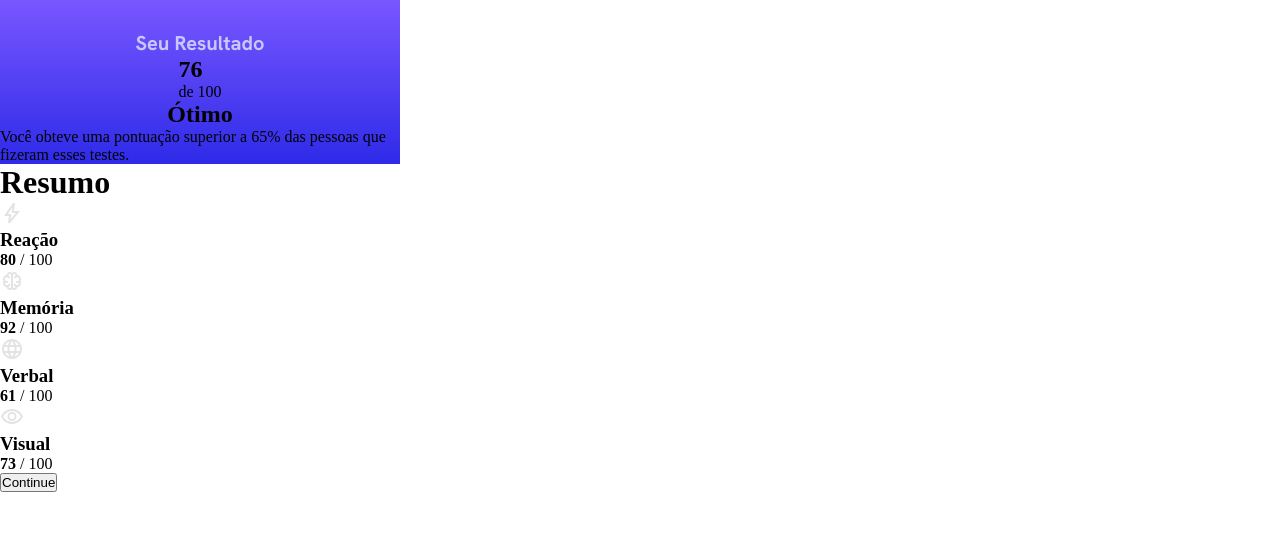
Repository: caique2512/resumo-de-resultados
Page: index.html
These files come from the project's save history. The page is drawn as it stood at one moment and after a run of saves; the edit follows.
The browser window is 1280 px wide. The pictures show the whole page.

Above is the page before, as saved 2026-03-05 23:08:51.

### index.html
<!DOCTYPE html>
<html lang="pt-br">
<head>
    <meta charset="UTF-8">
    <meta name="viewport" content="width=device-width, initial-scale=1.0">
    <title>Resumo de Resultados</title>
    <link rel="stylesheet" href="src/css/estilos.css">
    <link rel="stylesheet" href="src/css/reset.css">
</head>
<body>
    <main class="conteudo">
        <div class="principal">
            <h1 class="titulo">Seu Resultado</h1>
            <div class="circulo">
                <h2>76</h2>
                <p>de 100</p>
            </div>
            <h2>Ótimo</h2>
            <p class="subtitle">Você obteve uma pontuação superior a 65% das pessoas que fizeram esses testes.</p>
        </div>
        <div>
            <h1 class="titulo1">Resumo</h1>
            <div class="classes">
                <div class="resumo1">
                    <img src="./src/images/raio.svg" alt="Raio">
                    <h3>Reação</h3>
                    <p><strong>80</strong> / 100</p>
                </div>
                <div class="resumo2">
                    <img src="./src/images/memoria.svg" alt="Memória">
                    <h3>Memória</h3>
                    <p><strong>92</strong> / 100</p>
                </div>
                <div class="resumo3">
                    <img src="./src/images/mensagem.svg" alt="Mensagem">
                    <h3>Verbal</h3>
                    <p><strong>61</strong> / 100</p>
                </div>
                <div class="resumo4">
                    <img src="./src/images/olho.svg" alt="olho">
                    <h3>Visual</h3>
                    <p><strong>73</strong> / 100</p>
                </div>
            </div>
            <button class="btn-resumo">Continue</button>
        </div>
    </main>
</body>
</html>

### src/css/estilos.css
@import url('https://fonts.googleapis.com/css2?family=Hanken+Grotesk:ital,wght@0,100..900;1,100..900&display=swap');


.principal {
    background: linear-gradient(hsl(252, 100%, 67%), hsl(241, 81%, 54%));
    width: 400px;
    display: flex;
    flex-direction: column;
    align-items: center;
}

.titulo {
    color: hsl(241, 100%, 89%);
    font-family: "Hanken Grotesk";
    margin-top: 30px;
    font-size: 20px;
}

Loaded but not shown: src/css/reset.css (common file)

After the next 2 saves:
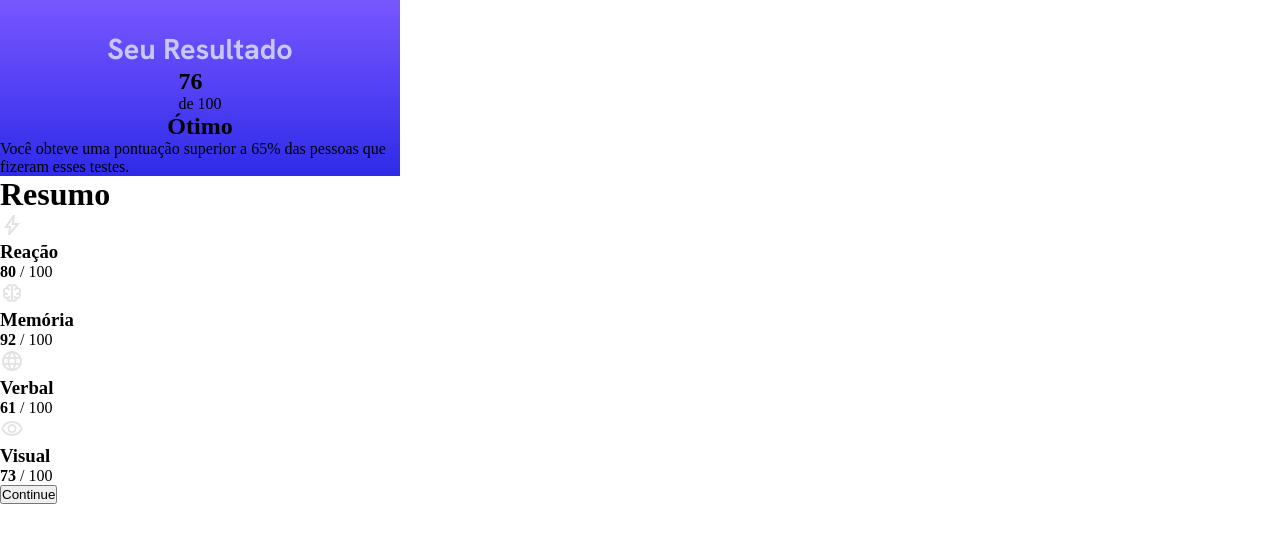
The 2 saves are shown as one change because they came seconds apart.
The last was saved 7 s later.
--- a/src/css/estilos.css
+++ b/src/css/estilos.css
@@ -13,5 +13,5 @@
     color: hsl(241, 100%, 89%);
     font-family: "Hanken Grotesk";
     margin-top: 30px;
-    font-size: 20px;
+    font-size: 1.8rem;
 }
